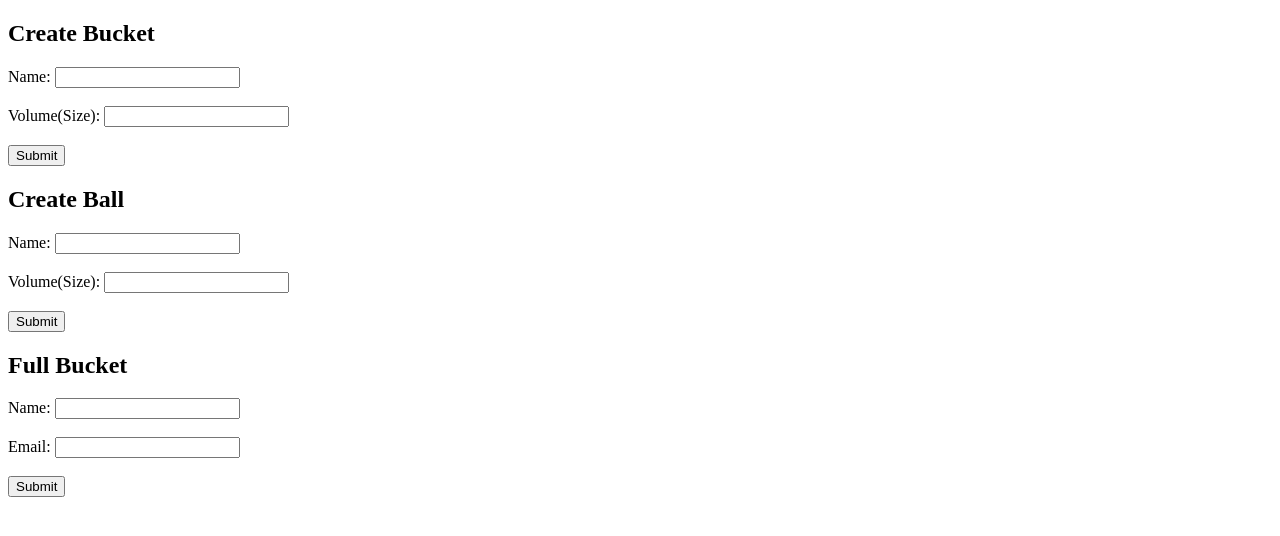
Repository: RajatPalankar8/nodejs_bucket_ball_task_new
Page: http://localhost/
An editor plug-in stored every save of this project. The page is shown before and after the next save, followed by the edit.
The browser window is 1280 px wide. The pictures show the whole page.
The page is served by the project's Node server (index.js). Other server files are loaded and not shown.

Above is the page before, as saved 2023-07-17 10:18:01.
Console error: ReferenceError: handleSubmit is not defined

### views/index.ejs
<!DOCTYPE html>
<html>
<head>
  <title>Bucket Ball App</title>
</head>
<body>
  <form id="form1">
    <h2>Create Bucket</h2>
    <label for="name1">Name:</label>
    <input type="text" id="name" name="name" required><br><br>
    <label for="email1">Volume(Size):</label>
    <input type="text" id="vol" name="vol" required><br><br>
    <input type="submit" value="Submit">
    <p id="form1-response"></p>
  </form>

  <form id="form2">
    <h2>Create Ball</h2>
    <label for="name1">Name:</label>
    <input type="text" id="name" name="name" required><br><br>
    <label for="email1">Volume(Size):</label>
    <input type="text" id="vol" name="vol" required><br><br>
    <input type="submit" value="Submit">
    <p id="form2-response"></p>
  </form>

  <form id="form3">
    <h2>Full Bucket</h2>
    <label for="name3">Name:</label>
    <input type="text" id="name3" name="name3" required><br><br>
    <label for="email3">Email:</label>
    <input type="email" id="email3" name="email3" required><br><br>
    <input type="submit" value="Submit">
    <p id="form3-response"></p>
  </form>

  <script src="https://cdn.jsdelivr.net/npm/axios/dist/axios.min.js"></script>
  <script>
    // Function to handle form submission
    function createBucketEvent(event) {
      event.preventDefault(); // Prevent the default form submission

      // Get the form data
      const form = event.target;
      const formData = new FormData(form);

      // Convert form data to JSON object
      const jsonData = {};
      formData.forEach((value, key) => {
        jsonData[key] = value;
      });

      // Make a POST request to the backend API
      axios.post('http://localhost:3000/createBucket', jsonData)
        .then(response => {
          // Handle the API response
          const formId = form.id;
          const responseElement = document.getElementById(`${formId}-response`);
          responseElement.textContent = response.data.message;
        })
        .catch(error => {
          console.error(error); // Handle any errors
        });
    }

    // Attach event listeners to the forms
    const form1 = document.getElementById('form1');
    form1.addEventListener('submit', handleSubmit);

    const form2 = document.getElementById('form2');
    form2.addEventListener('submit', handleSubmit);

    const form3 = document.getElementById('form3');
    form3.addEventListener('submit', handleSubmit);
  </script>
</body>
</html>

### index.js
const app = require('./app');
const db = require('./config/db')
const port = 3000;
app.get('/',(req,res)=>{
    res.send('Hello World');
});

app.listen(port,()=>{
    console.log(`Server Listening on Port http://localhost:${port}`);
})

### app.js
const express = require("express");
const bodyParser = require("body-parser");
const bucketRouter = require('./routes/bucket.router');
const path = require("path");
const app = express();

app.use(bodyParser.json())
app.set("view engine", "ejs");
app.set("views", path.join(__dirname, "views"));
app.use(express.static(`${__dirname}/public`));


app.use("/",bucketRouter);

app.use("/", (req, res) => {
    res.status(200).render("index");
  });


module.exports = app;

After the next save:
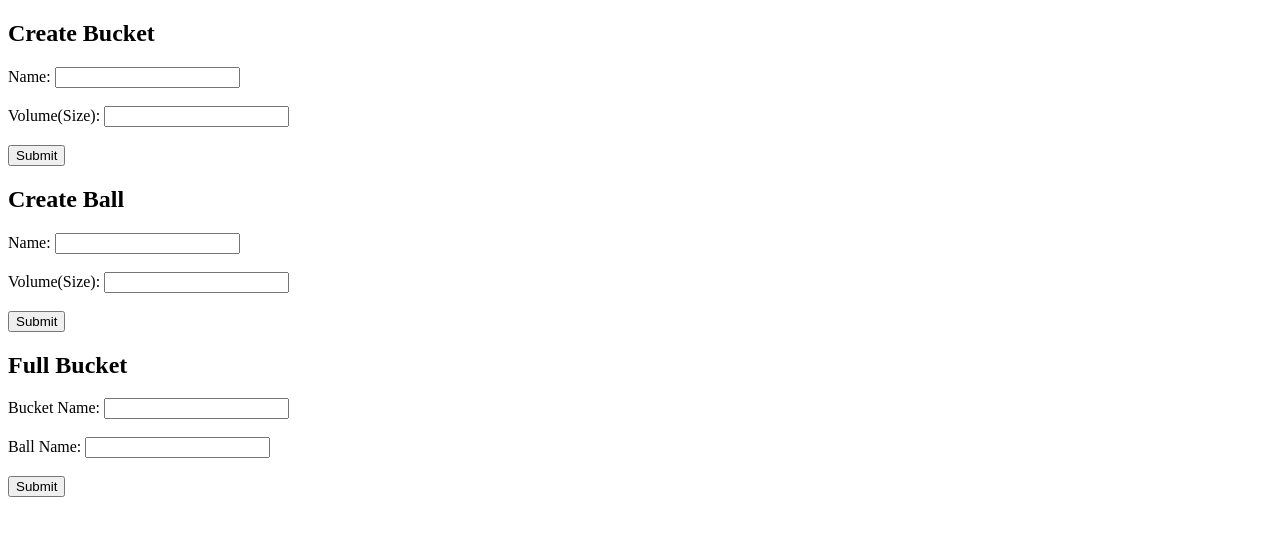
Saved 42 s later.
--- a/views/index.ejs
+++ b/views/index.ejs
@@ -18,7 +18,7 @@
     <h2>Create Ball</h2>
     <label for="name1">Name:</label>
     <input type="text" id="name" name="name" required><br><br>
-    <label for="email1">Volume(Size):</label>
+    <label for="vol">Volume(Size):</label>
     <input type="text" id="vol" name="vol" required><br><br>
     <input type="submit" value="Submit">
     <p id="form2-response"></p>
@@ -26,10 +26,10 @@
 
   <form id="form3">
     <h2>Full Bucket</h2>
-    <label for="name3">Name:</label>
-    <input type="text" id="name3" name="name3" required><br><br>
-    <label for="email3">Email:</label>
-    <input type="email" id="email3" name="email3" required><br><br>
+    <label for="name3">Bucket Name:</label>
+    <input type="text" id="bucketName" name="bucketName" required><br><br>
+    <label for="vol">Ball Name:</label>
+    <input type="text" id="email3" name="email3" required><br><br>
     <input type="submit" value="Submit">
     <p id="form3-response"></p>
   </form>
